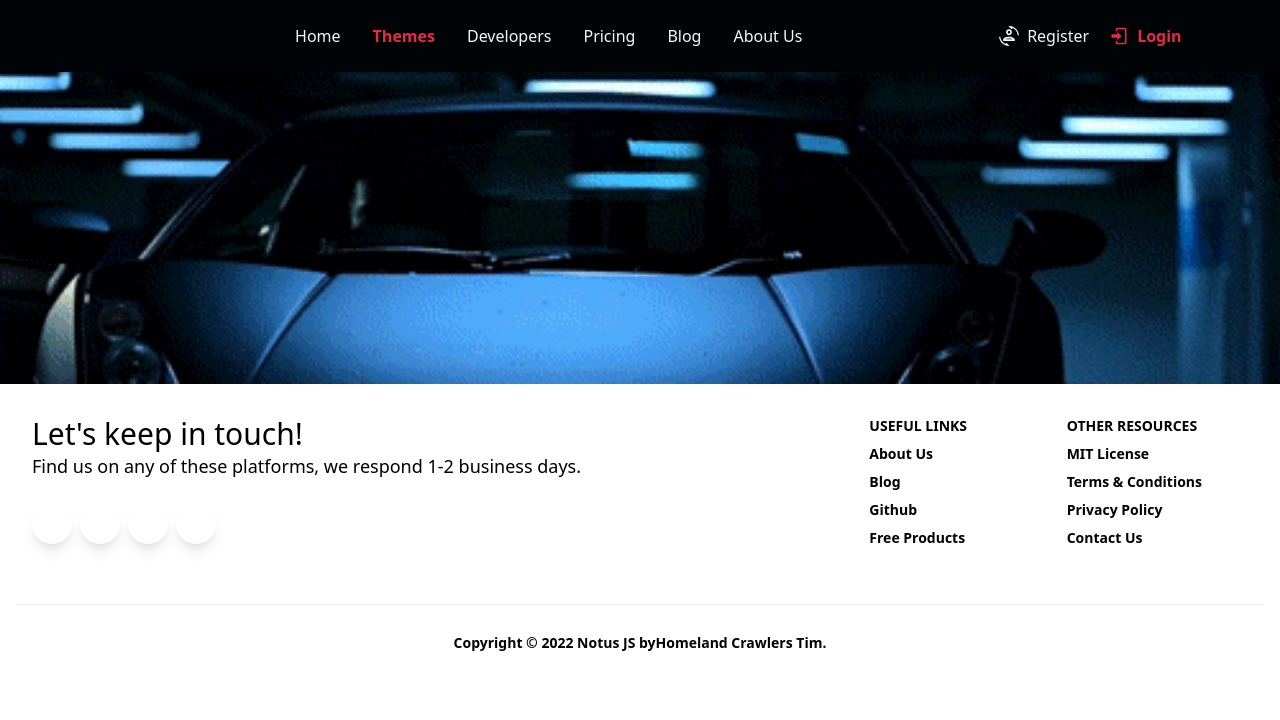
Repository: ghrabla/SVG-Statistics-React-Nest-Typescript
Page: / (app in client/)
The author's editor kept a copy of each file at every save. The page is drawn from the files as they stood at one save, then again after a run of saves.
The browser window is 1280 px wide. The pictures show the whole page.
The project was rebuilt for these pictures with package versions that can differ from the ones it lists, and the page was loaded fresh each time. Also part of the build but not shown: client/src/Admin/LoginAdmin.js, client/src/users/LoginUser.js, client/src/users/Register.js.

Above is the page before, as saved 2022-12-01 11:56:34.

### client/src/App.js
import './App.css';
import Home from "./pages/Home";
import LoginAdmin from "./Admin/LoginAdmin"
import LoginUser from "./users/LoginUser";
import Register from "./users/Register";
import { Routes, Route } from "react-router-dom";




function App() {
  return (
    <>
    <Routes>
    <Route path="/" element={<Home />} />
    <Route path="/LoginAdmin" element={<LoginAdmin />} />
    <Route path="/LoginUser" element={<LoginUser />} />
    <Route path="/Register" element={<Register />} />
    </Routes>
    </>
  );
}

export default App;

### client/src/pages/Home.js
import React from "react";
import Footer from '../components/Footer'
import NavBar from '../components/NavBar';

function Home() {
    return (
        <div>
        <div className='flex'>
       <NavBar/>
       </div>
       <img src="./public/assets/namx_voiture.gif" alt="" className="w-full h-96 object-cover"/>
       <div>
    <Footer/>
    </div>
       </div>

    )
}
export default Home;

### client/src/components/Footer.js
import React from "react";
function Footer(){
    return (
<footer class="relative bg-blueGray-200 pt-8 pb-6">
  <div class="container mx-auto px-4">
    <div class="flex flex-wrap text-left lg:text-left">
      <div class="w-full lg:w-6/12 px-4">
        <h4 class="text-3xl fonat-semibold text-blueGray-700">Let's keep in touch!</h4>
        <h5 class="text-lg mt-0 mb-2 text-blueGray-600">
          Find us on any of these platforms, we respond 1-2 business days.
        </h5>
        <div class="mt-6 lg:mb-0 mb-6">
          <button class="bg-white text-lightBlue-400 shadow-lg font-normal h-10 w-10 items-center justify-center align-center rounded-full outline-none focus:outline-none mr-2" type="button">
            <i class="fab fa-twitter"></i></button><button class="bg-white text-lightBlue-600 shadow-lg font-normal h-10 w-10 items-center justify-center align-center rounded-full outline-none focus:outline-none mr-2" type="button">
            <i class="fab fa-facebook-square"></i></button><button class="bg-white text-pink-400 shadow-lg font-normal h-10 w-10 items-center justify-center align-center rounded-full outline-none focus:outline-none mr-2" type="button">
            <i class="fab fa-dribbble"></i></button><button class="bg-white text-blueGray-800 shadow-lg font-normal h-10 w-10 items-center justify-center align-center rounded-full outline-none focus:outline-none mr-2" type="button">
            <i class="fab fa-github"></i>
          </button>
        </div>
      </div>
      <div class="w-full lg:w-6/12 px-4">
        <div class="flex flex-wrap items-top mb-6">
          <div class="w-full lg:w-4/12 px-4 ml-auto">
            <span class="block uppercase text-blueGray-500 text-sm font-semibold mb-2">Useful Links</span>
            <ul class="list-unstyled">
              <li>
                <a class="text-blueGray-600 hover:text-blueGray-800 font-semibold block pb-2 text-sm" href="https://www.creative-tim.com/presentation?ref=njs-profile">About Us</a>
              </li>
              <li>
                <a class="text-blueGray-600 hover:text-blueGray-800 font-semibold block pb-2 text-sm" href="https://blog.creative-tim.com?ref=njs-profile">Blog</a>
              </li>
              <li>
                <a class="text-blueGray-600 hover:text-blueGray-800 font-semibold block pb-2 text-sm" href="https://www.github.com/creativetimofficial?ref=njs-profile">Github</a>
              </li>
              <li>
                <a class="text-blueGray-600 hover:text-blueGray-800 font-semibold block pb-2 text-sm" href="https://www.creative-tim.com/bootstrap-themes/free?ref=njs-profile">Free Products</a>
              </li>
            </ul>
          </div>
          <div class="w-full lg:w-4/12 px-4">
            <span class="block uppercase text-blueGray-500 text-sm font-semibold mb-2">Other Resources</span>
            <ul class="list-unstyled">
              <li>
                <a class="text-blueGray-600 hover:text-blueGray-800 font-semibold block pb-2 text-sm" href="/">MIT License</a>
              </li>
              <li>
                <a class="text-blueGray-600 hover:text-blueGray-800 font-semibold block pb-2 text-sm" href="https://creative-tim.com/terms?ref=njs-profile">Terms &amp; Conditions</a>
              </li>
              <li>
                <a class="text-blueGray-600 hover:text-blueGray-800 font-semibold block pb-2 text-sm" href="https://creative-tim.com/privacy?ref=njs-profile">Privacy Policy</a>
              </li>
              <li>
                <a class="text-blueGray-600 hover:text-blueGray-800 font-semibold block pb-2 text-sm" href="https://creative-tim.com/contact-us?ref=njs-profile">Contact Us</a>
              </li>
            </ul>
          </div>
        </div>
      </div>
    </div>
    <hr class="my-6 border-blueGray-300"/>
    <div class="flex flex-wrap items-center md:justify-between justify-center">
      <div class="w-full md:w-4/12 px-4 mx-auto text-center">
        <div class="text-sm text-blueGray-500 font-semibold py-1">
          Copyright © <span id="get-current-year">2022</span>
          <a href="/" class="text-blueGray-500 hover:text-gray-800" > Notus JS by</a>
          <a href="/" class="text-blueGray-500 hover:text-blueGray-800">Homeland Crawlers Tim</a>.
        </div>
      </div>
    </div>
  </div>
</footer>
    );
}
export default Footer;

### client/src/components/NavBar.js
import React from "react";
function NavBar () {
    return (
<div>
<nav class="flex justify-around py-4 bg-[#000407]
backdrop-blur-md shadow-md w-full
fixed top-0 left-0 right-0 z-10">
<div class="flex items-center">

    <a class="cursor-pointer">
        <h3 class="text-2xl font-medium text-[#ea2845]">
            <img class="h-10 object-cover"
                src="/" alt="" />
        </h3>
    </a>
</div>
<div class="items-center hidden space-x-8 lg:flex">
    <a class="flex text-[#F5F7F7] hover:text-[#ea2845]
        cursor-pointer transition-colors duration-300">
        Home
    </a>

    <a class="flex text-[#F5F7F7]
        cursor-pointer transition-colors duration-300
        font-semibold text-[#ea2845]">
        Themes
    </a>

    <a class="flex text-[#F5F7F7] hover:text-[#ea2845]
        cursor-pointer transition-colors duration-300">
        Developers
    </a>

    <a class="flex text-[#F5F7F7] hover:text-[#ea2845]
        cursor-pointer transition-colors duration-300">
        Pricing
    </a>

    <a class="flex text-[#F5F7F7] hover:text-[#ea2845]
        cursor-pointer transition-colors duration-300">
        Blog
    </a>

    <a class="flex text-[#F5F7F7] hover:text-[#ea2845]
        cursor-pointer transition-colors duration-300">
        About Us
    </a>
</div>
<div class="flex items-center space-x-5">

    <a  href="/Register" class="flex text-[#F5F7F7] hover:text-[#ea2845]
        cursor-pointer transition-colors duration-300">

        <svg class="fill-current h-5 w-5 mr-2 mt-0.5"  version="1.1" width="24" height="24"
            viewBox="0 0 24 24">
            <path
                d="M12 0L11.34 .03L15.15 3.84L16.5 2.5C19.75 4.07 22.09 7.24 22.45 11H23.95C23.44 4.84 18.29 0 12 0M12 4C10.07 4 8.5 5.57 8.5 7.5C8.5 9.43 10.07 11 12 11C13.93 11 15.5 9.43 15.5 7.5C15.5 5.57 13.93 4 12 4M12 6C12.83 6 13.5 6.67 13.5 7.5C13.5 8.33 12.83 9 12 9C11.17 9 10.5 8.33 10.5 7.5C10.5 6.67 11.17 6 12 6M.05 13C.56 19.16 5.71 24 12 24L12.66 23.97L8.85 20.16L7.5 21.5C4.25 19.94 1.91 16.76 1.55 13H.05M12 13C8.13 13 5 14.57 5 16.5V18H19V16.5C19 14.57 15.87 13 12 13M12 15C14.11 15 15.61 15.53 16.39 16H7.61C8.39 15.53 9.89 15 12 15Z" />
        </svg>

        Register
    </a>
    <a href="/LoginUser" class="flex text-[#F5F7F7]
        cursor-pointer transition-colors duration-300
        font-semibold text-[#ea2845]">

        <svg class="fill-current h-5 w-5 mr-2 mt-0.5"  version="1.1" width="24" height="24"
            viewBox="0 0 24 24" >
            <path
                d="M10,17V14H3V10H10V7L15,12L10,17M10,2H19A2,2 0 0,1 21,4V20A2,2 0 0,1 19,22H10A2,2 0 0,1 8,20V18H10V20H19V4H10V6H8V4A2,2 0 0,1 10,2Z" />
        </svg>

        Login
    </a>
</div>
</nav>
</div>
    )
}
export default NavBar;

Loaded but not shown: client/public/index.html (common file); client/src/index.js (common file); client/src/index.css (common file); client/src/reportWebVitals.js (common file); client/tailwind.config.js (common file); client/src/App.css (no stored copy; drawn as an empty file)

After the next 3 saves:
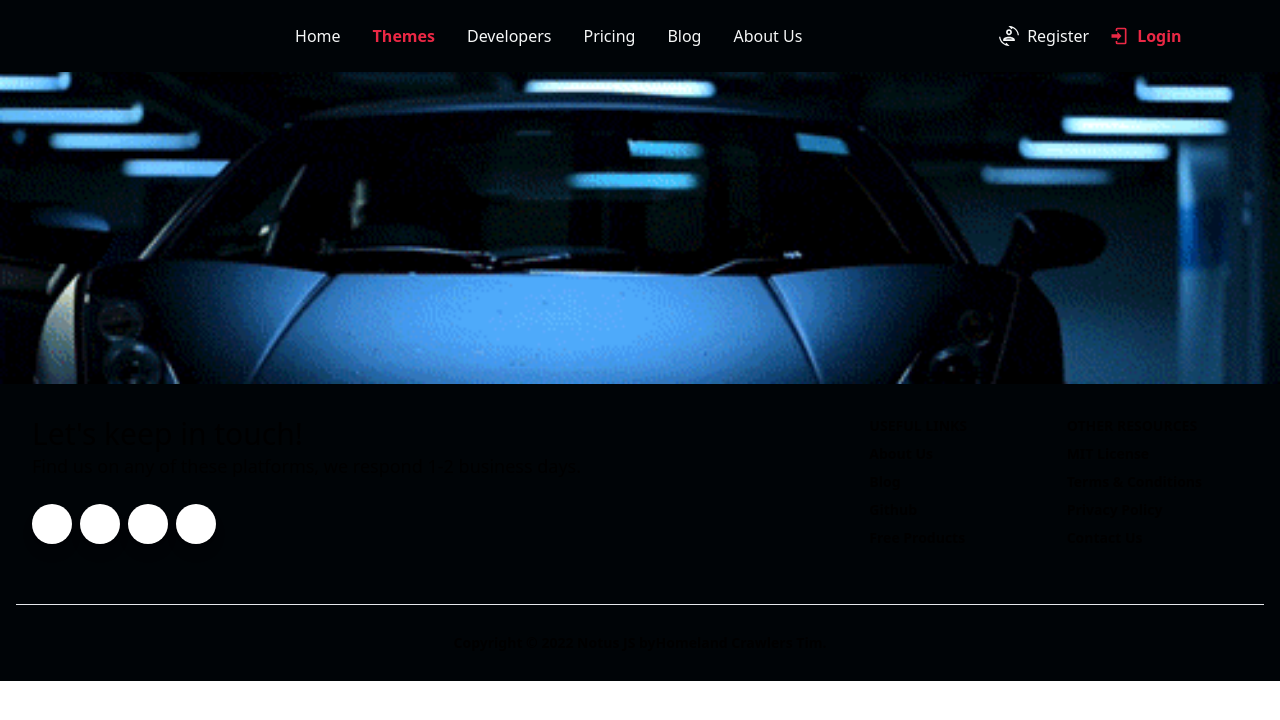
The 3 saves are shown as one change because they came seconds apart.
The last was saved 35 s later.
--- a/client/src/components/Footer.js
+++ b/client/src/components/Footer.js
@@ -1,7 +1,7 @@
 import React from "react";
 function Footer(){
     return (
-<footer class="relative bg-blueGray-200 pt-8 pb-6">
+<footer class="relative bg-[#000407] pt-8 pb-6">
   <div class="container mx-auto px-4">
     <div class="flex flex-wrap text-left lg:text-left">
       <div class="w-full lg:w-6/12 px-4">
